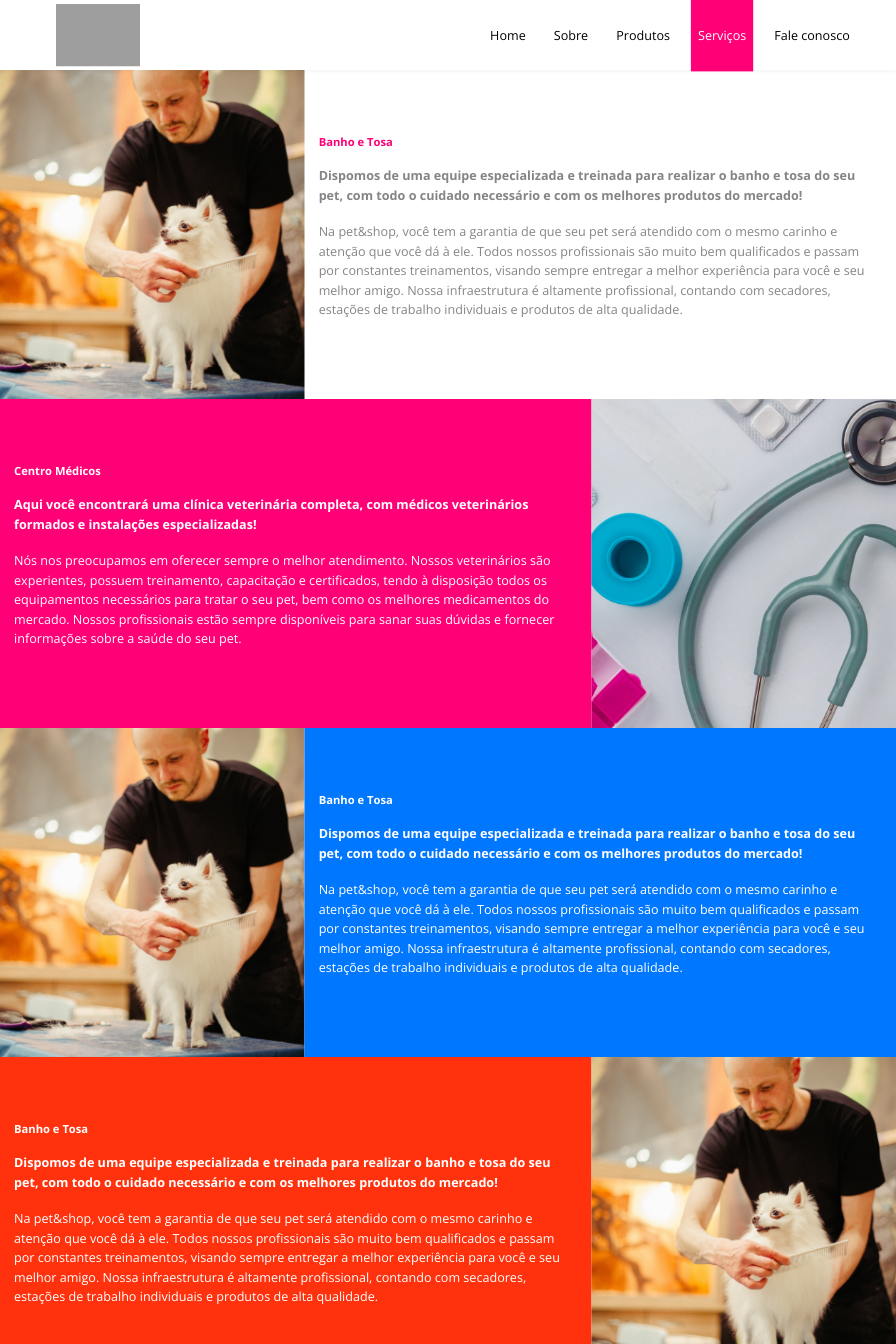
Repository: EzequielKaiber/pet-e-shop
Page: servicos.html
The author's editor kept a copy of each file at every save. The page is drawn from the files as they stood at one save, then again after the next save.
The browser window is 1280 px wide. The pictures show the part of the page from y = 0 to 1920 px (the page is 3884 px tall), at 70% of full size.
Pictures or frames that could not be fetched are drawn as grey boxes.

Above is the page before, as saved 2022-04-26 13:59:59.

### servicos.html
<!DOCTYPE html>
<html lang="en">
<head>
    <meta charset="UTF-8">
    <meta http-equiv="X-UA-Compatible" content="IE=edge">
    <meta name="viewport" content="width=device-width, initial-scale=1.0">
    <title>Produtos</title>
    <link rel="stylesheet" href="css/header.css">
    <link rel="stylesheet" href="css/style.css">
    <link rel="stylesheet" href="css/footer.css">
    <link href="https://fonts.googleapis.com/css2?family=Open+Sans:wght@400;700&display=swap" rel="stylesheet">
</head>
<body class="page-servios">
    <header>
        <div class="container">
            <div class="header-itens">
                <a href="./">
                    <div class="logo" style="background-image: url(img/logo-colored.svg);"></div>
                </a>
                <nav class="menu">
                    <ul>
                        <li>
                            <a href="./index.html">Home</a>
                        </li>
                        <li>
                            <a href="./sobre.html">Sobre</a>
                        </li>
                        <li>
                            <a href="./produtos.html">Produtos</a>
                        </li>
                        <li class="active">
                            <a href="./servicos.html">Serviços</a>
                        </li>
                        <li>
                            <a href="./fale-conosco.html">Fale conosco</a>
                        </li>
                    </ul>
                </nav>
            </div>
        </div>
    </header>
    <div class="servios-list">
        <div class="list-item">
            <div class="left">
                <div class="image" style="background-image: url(img/Serviços/bath-and-groom.jpg);"></div>
            </div>
            <div class="right">
                <h2>Banho e Tosa</h2>
                <p><b>Dispomos de uma equipe especializada e treinada para realizar o banho e tosa do seu pet,
                    com todo o cuidado necessário e com os melhores produtos do mercado!</b></p>
                <p>
                    Na pet&shop, você tem a garantia de que seu pet será atendido com o mesmo carinho e atenção
                    que você dá à ele. Todos nossos profissionais são muito bem qualificados e passam por
                    constantes treinamentos, visando sempre entregar a melhor experiência para você e seu melhor
                    amigo. Nossa infraestrutura é altamente profissional, contando com secadores, estações de
                    trabalho individuais e produtos de alta qualidade.
                </p>
            </div>
        </div>
        <div class="list-item">
            <div class="right rosa white">
                <h2>Centro Médicos</h2>
                <p><b>Aqui você encontrará uma clínica veterinária completa, com médicos veterinários formados e instalações especializadas!</b></p>
                <p>
                    Nós nos preocupamos em oferecer sempre o melhor atendimento. Nossos veterinários são experientes, possuem treinamento, capacitação e certificados, tendo à disposição todos os equipamentos necessários para tratar o seu pet, bem como os melhores medicamentos do mercado. Nossos profissionais estão sempre disponíveis para sanar suas dúvidas e fornecer informações sobre a saúde do seu pet.
                </p>
            </div>
            <div class="left">
                <div class="image" style="background-image: url(img/Serviços/medical-center.jpg);"></div>
            </div>
        </div>
        <div class="list-item">
            <div class="left">
                <div class="image" style="background-image: url(img/Serviços/bath-and-groom.jpg);"></div>
            </div>
            <div class="right azul white">
                <h2>Banho e Tosa</h2>
                <p><b>Dispomos de uma equipe especializada e treinada para realizar o banho e tosa do seu pet,
                    com todo o cuidado necessário e com os melhores produtos do mercado!</b></p>
                <p>
                    Na pet&shop, você tem a garantia de que seu pet será atendido com o mesmo carinho e atenção
                    que você dá à ele. Todos nossos profissionais são muito bem qualificados e passam por
                    constantes treinamentos, visando sempre entregar a melhor experiência para você e seu melhor
                    amigo. Nossa infraestrutura é altamente profissional, contando com secadores, estações de
                    trabalho individuais e produtos de alta qualidade.
                </p>
            </div>
        </div>
        <div class="list-item">
            <div class="right vermelho white">
                <h2>Banho e Tosa</h2>
                <p><b>Dispomos de uma equipe especializada e treinada para realizar o banho e tosa do seu pet,
                    com todo o cuidado necessário e com os melhores produtos do mercado!</b></p>
                <p>
                    Na pet&shop, você tem a garantia de que seu pet será atendido com o mesmo carinho e atenção
                    que você dá à ele. Todos nossos profissionais são muito bem qualificados e passam por
                    constantes treinamentos, visando sempre entregar a melhor experiência para você e seu melhor
                    amigo. Nossa infraestrutura é altamente profissional, contando com secadores, estações de
                    trabalho individuais e produtos de alta qualidade.
                </p>
            </div>
            <div class="left">
                <div class="image" style="background-image: url(img/Serviços/bath-and-groom.jpg);"></div>
            </div>
        </div>
        <div class="list-item">
            <div class="left">
                <div class="image" style="background-image: url(img/Serviços/bath-and-groom.jpg);"></div>
            </div>
            <div class="right roxo white">
                <h2>Banho e Tosa</h2>
                <p><b>Dispomos de uma equipe especializada e treinada para realizar o banho e tosa do seu pet,
                    com todo o cuidado necessário e com os melhores produtos do mercado!</b></p>
                <p>
                    Na pet&shop, você tem a garantia de que seu pet será atendido com o mesmo carinho e atenção
                    que você dá à ele. Todos nossos profissionais são muito bem qualificados e passam por
                    constantes treinamentos, visando sempre entregar a melhor experiência para você e seu melhor
                    amigo. Nossa infraestrutura é altamente profissional, contando com secadores, estações de
                    trabalho individuais e produtos de alta qualidade.
                </p>
            </div>
        </div>
        <div class="list-item">
            <div class="right verde white">
                <h2>Banho e Tosa</h2>
                <p><b>Dispomos de uma equipe especializada e treinada para realizar o banho e tosa do seu pet,
                    com todo o cuidado necessário e com os melhores produtos do mercado!</b></p>
                <p>
                    Na pet&shop, você tem a garantia de que seu pet será atendido com o mesmo carinho e atenção
                    que você dá à ele. Todos nossos profissionais são muito bem qualificados e passam por
                    constantes treinamentos, visando sempre entregar a melhor experiência para você e seu melhor
                    amigo. Nossa infraestrutura é altamente profissional, contando com secadores, estações de
                    trabalho individuais e produtos de alta qualidade.
                </p>
            </div>
            <div class="left">
                <div class="image" style="background-image: url(img/Serviços/bath-and-groom.jpg);"></div>
            </div>
        </div>
        <div class="list-item">
            <div class="left">
                <div class="image" style="background-image: url(img/Serviços/bath-and-groom.jpg);"></div>
            </div>
            <div class="right cinza white">
                <h2>Banho e Tosa</h2>
                <p><b>Dispomos de uma equipe especializada e treinada para realizar o banho e tosa do seu pet,
                    com todo o cuidado necessário e com os melhores produtos do mercado!</b></p>
                <p>
                    Na pet&shop, você tem a garantia de que seu pet será atendido com o mesmo carinho e atenção
                    que você dá à ele. Todos nossos profissionais são muito bem qualificados e passam por
                    constantes treinamentos, visando sempre entregar a melhor experiência para você e seu melhor
                    amigo. Nossa infraestrutura é altamente profissional, contando com secadores, estações de
                    trabalho individuais e produtos de alta qualidade.
                </p>
            </div>
        </div>
    </div>
    <footer>
        <div class="container">
            <div class="footer-itens">
                <div class="footer-item">
                    <h2>pet&shop</h2>
                    <ul>
                        <li class="title">Contato</li>
                        <li>Estrada sem nome, 1234, Sala 0 Bairro - Cidade / UF</li>
                        <li>12345-678</li>
                        <li><a href="tel:(00) 99999-9999">(00) 99999-9999</a></li>
                        <li><a href="mailto:contato@petshop.com.br">contato@petshop.com.br</a></li>
                    </ul>
                </div>
                <div class="footer-item dflex alg-center jcc f-col">
                    <h1>Horário de funcionamento:</h1>
                    <p>De Segunda a Sexta-feira das 9 às 19hs.</p>
                    <p>Aos Sábados das 9 às 18hs.</p>
                </div>
                <div class="footer-item social-items">
                    <h1>Siga-nos</h1>
                    <div class="social">
                        <a href="#">
                            <svg xmlns="http://www.w3.org/2000/svg" viewBox="0 0 320 512"><!--! Font Awesome Pro 6.1.1 by @fontawesome - https://fontawesome.com License - https://fontawesome.com/license (Commercial License) Copyright 2022 Fonticons, Inc. --><path d="M279.14 288l14.22-92.66h-88.91v-60.13c0-25.35 12.42-50.06 52.24-50.06h40.42V6.26S260.43 0 225.36 0c-73.22 0-121.08 44.38-121.08 124.72v70.62H22.89V288h81.39v224h100.17V288z"/></svg>
                        </a>
                        <a href="#">
                            <svg xmlns="http://www.w3.org/2000/svg" viewBox="0 0 448 512"><!--! Font Awesome Pro 6.1.1 by @fontawesome - https://fontawesome.com License - https://fontawesome.com/license (Commercial License) Copyright 2022 Fonticons, Inc. --><path d="M224.1 141c-63.6 0-114.9 51.3-114.9 114.9s51.3 114.9 114.9 114.9S339 319.5 339 255.9 287.7 141 224.1 141zm0 189.6c-41.1 0-74.7-33.5-74.7-74.7s33.5-74.7 74.7-74.7 74.7 33.5 74.7 74.7-33.6 74.7-74.7 74.7zm146.4-194.3c0 14.9-12 26.8-26.8 26.8-14.9 0-26.8-12-26.8-26.8s12-26.8 26.8-26.8 26.8 12 26.8 26.8zm76.1 27.2c-1.7-35.9-9.9-67.7-36.2-93.9-26.2-26.2-58-34.4-93.9-36.2-37-2.1-147.9-2.1-184.9 0-35.8 1.7-67.6 9.9-93.9 36.1s-34.4 58-36.2 93.9c-2.1 37-2.1 147.9 0 184.9 1.7 35.9 9.9 67.7 36.2 93.9s58 34.4 93.9 36.2c37 2.1 147.9 2.1 184.9 0 35.9-1.7 67.7-9.9 93.9-36.2 26.2-26.2 34.4-58 36.2-93.9 2.1-37 2.1-147.8 0-184.8zM398.8 388c-7.8 19.6-22.9 34.7-42.6 42.6-29.5 11.7-99.5 9-132.1 9s-102.7 2.6-132.1-9c-19.6-7.8-34.7-22.9-42.6-42.6-11.7-29.5-9-99.5-9-132.1s-2.6-102.7 9-132.1c7.8-19.6 22.9-34.7 42.6-42.6 29.5-11.7 99.5-9 132.1-9s102.7-2.6 132.1 9c19.6 7.8 34.7 22.9 42.6 42.6 11.7 29.5 9 99.5 9 132.1s2.7 102.7-9 132.1z"/></svg>
                        </a>
                        <a href="#">
                            <svg xmlns="http://www.w3.org/2000/svg" viewBox="0 0 448 512"><!--! Font Awesome Pro 6.1.1 by @fontawesome - https://fontawesome.com License - https://fontawesome.com/license (Commercial License) Copyright 2022 Fonticons, Inc. --><path d="M448,209.91a210.06,210.06,0,0,1-122.77-39.25V349.38A162.55,162.55,0,1,1,185,188.31V278.2a74.62,74.62,0,1,0,52.23,71.18V0l88,0a121.18,121.18,0,0,0,1.86,22.17h0A122.18,122.18,0,0,0,381,102.39a121.43,121.43,0,0,0,67,20.14Z"/></svg>
                        </a>
                        <a href="#">
                            <svg xmlns="http://www.w3.org/2000/svg" viewBox="0 0 512 512"><!--! Font Awesome Pro 6.1.1 by @fontawesome - https://fontawesome.com License - https://fontawesome.com/license (Commercial License) Copyright 2022 Fonticons, Inc. --><path d="M459.37 151.716c.325 4.548.325 9.097.325 13.645 0 138.72-105.583 298.558-298.558 298.558-59.452 0-114.68-17.219-161.137-47.106 8.447.974 16.568 1.299 25.34 1.299 49.055 0 94.213-16.568 130.274-44.832-46.132-.975-84.792-31.188-98.112-72.772 6.498.974 12.995 1.624 19.818 1.624 9.421 0 18.843-1.3 27.614-3.573-48.081-9.747-84.143-51.98-84.143-102.985v-1.299c13.969 7.797 30.214 12.67 47.431 13.319-28.264-18.843-46.781-51.005-46.781-87.391 0-19.492 5.197-37.36 14.294-52.954 51.655 63.675 129.3 105.258 216.365 109.807-1.624-7.797-2.599-15.918-2.599-24.04 0-57.828 46.782-104.934 104.934-104.934 30.213 0 57.502 12.67 76.67 33.137 23.715-4.548 46.456-13.32 66.599-25.34-7.798 24.366-24.366 44.833-46.132 57.827 21.117-2.273 41.584-8.122 60.426-16.243-14.292 20.791-32.161 39.308-52.628 54.253z"/></svg>
                        </a>
                        <a href="#">
                            <svg xmlns="http://www.w3.org/2000/svg" viewBox="0 0 576 512"><!--! Font Awesome Pro 6.1.1 by @fontawesome - https://fontawesome.com License - https://fontawesome.com/license (Commercial License) Copyright 2022 Fonticons, Inc. --><path d="M549.655 124.083c-6.281-23.65-24.787-42.276-48.284-48.597C458.781 64 288 64 288 64S117.22 64 74.629 75.486c-23.497 6.322-42.003 24.947-48.284 48.597-11.412 42.867-11.412 132.305-11.412 132.305s0 89.438 11.412 132.305c6.281 23.65 24.787 41.5 48.284 47.821C117.22 448 288 448 288 448s170.78 0 213.371-11.486c23.497-6.321 42.003-24.171 48.284-47.821 11.412-42.867 11.412-132.305 11.412-132.305s0-89.438-11.412-132.305zm-317.51 213.508V175.185l142.739 81.205-142.739 81.201z"/></svg>
                        </a>
                    </div>
                </div>
            </div>
            <div class="copy">
                <p>© 2022 pet&shop | Todos os direitos reservados. Desenvolvido por <a target="_blank" href="https://www.univates.br/crieti">Crie_TI</a></p>
            </div>
        </div>
    </footer>
</body>
</html>

### css/header.css
* {
    padding: 0;
    margin: 0;
    box-sizing: border-box;
}
header {
    width: 100%;
    height: 100px;
    background-color: #fff;
    box-shadow: 0 3px 6px 0 rgb(0 0 0 / 5%);
    position: fixed;
    top: 0;
    z-index: 999999;
}
header .header-itens {
    display: flex;
    flex-direction: row;
    justify-content: space-between;
    width: 100%;
    height: 100px;
    align-items: center;
}
header .header-itens .logo {
    width: 200px;
    height: 90px;
    background-position: center;
    background-repeat: no-repeat;
    background-size: contain;
}
header .header-itens .menu {
    display: flex;
    flex-direction: row;
}
header .header-itens .menu ul {
    list-style: none;
    display: flex;
    flex-direction: row;
    margin-right: 16px;
}
header .header-itens .menu ul li {
    height: 100%;
    padding: 38px 10px;
    margin-left: 20px;
}
header .header-itens .menu ul li a {
    font-size: 18px;
    line-height: 28px;
    color: #000;
    text-decoration: none;
    transition: ease-in-out 0.32s;
}
header .header-itens .menu ul li a:hover {
    transition: ease-in-out 0.32s;
    color: #f07;
}
header .header-itens .menu ul li.active {
    background-color: #f07;
}
header .header-itens .menu ul li.active a {
    color: #fff;
}

### css/footer.css
footer {
    background-color: #FF0077;
    padding: 80px 0;
}
footer .footer-itens {
    display: flex;
    flex-direction: row;
    justify-content: space-between;
}
footer .footer-itens .footer-item {
    width: calc(33% - 15px);
    height: fit-content;
}
footer .footer-itens .footer-item h2 {
    font-size: 32px;
    line-height: 42px;
    color: #fff;
    margin-bottom: 50px;
}
footer .footer-itens .footer-item ul {
    list-style: none;
    display: flex;
    flex-direction: column;
}
footer .footer-itens .footer-item ul li.title {
    font-size: 18px;
    line-height: 28px;
    color: #fff;
    font-weight: bold;
    margin-bottom: 30px;
}
footer .footer-itens .footer-item ul li {
    font-size: 16px;
    line-height: 26px;
    color: #fff;
}
footer .footer-itens .footer-item ul li a {
    font-size: 16px;
    line-height: 26px;
    color: #fff;
    font-weight: bold;
    text-decoration: none;
}
footer .footer-itens .footer-item h1 {
    font-size: 18px;
    line-height: 28px;
    color: #fff;
    font-weight: bold;
    margin-bottom: 30px;
}
footer .footer-itens .footer-item.social-items {
    align-items: flex-end;
    justify-content: flex-end;
    display: flex;
    flex-direction: column;
}
footer .footer-itens .footer-item p {
    font-size: 16px;
    line-height: 26px;
    color: #fff;
}
footer .footer-itens .footer-item .social {
    display: flex;
    flex-direction: row;
    align-items: flex-end;
}
footer .footer-itens .footer-item .social a {
    display: block;
    height: 30px;
    width: 30px;
    margin-right: 16px;
}
footer .footer-itens .footer-item .social a svg {
    height: 30px;
    width: 30px;
    fill: #fff;
    transition: ease-in-out 0.32s;
    transform: scale(1) rotate(0deg);
}
footer .footer-itens .footer-item .social a:hover svg {
    transform: scale(1.1) rotate(10deg);
    transition: ease-in-out 0.32s;
}
footer .copy {
    display: flex;
    margin-top: 30px;
    flex-direction: row;
    align-items: center;
    justify-content: center;
}
footer .copy p {
    font-size: 14px;
    line-height: 24px;
    color: #fff;
}
footer .copy p a {
    font-size: 14px;
    line-height: 24px;
    color: #fff;
    font-weight: bold;
    text-decoration: none;
}

Loaded but not shown: css/style.css (481 lines, source omitted)

After the next save:
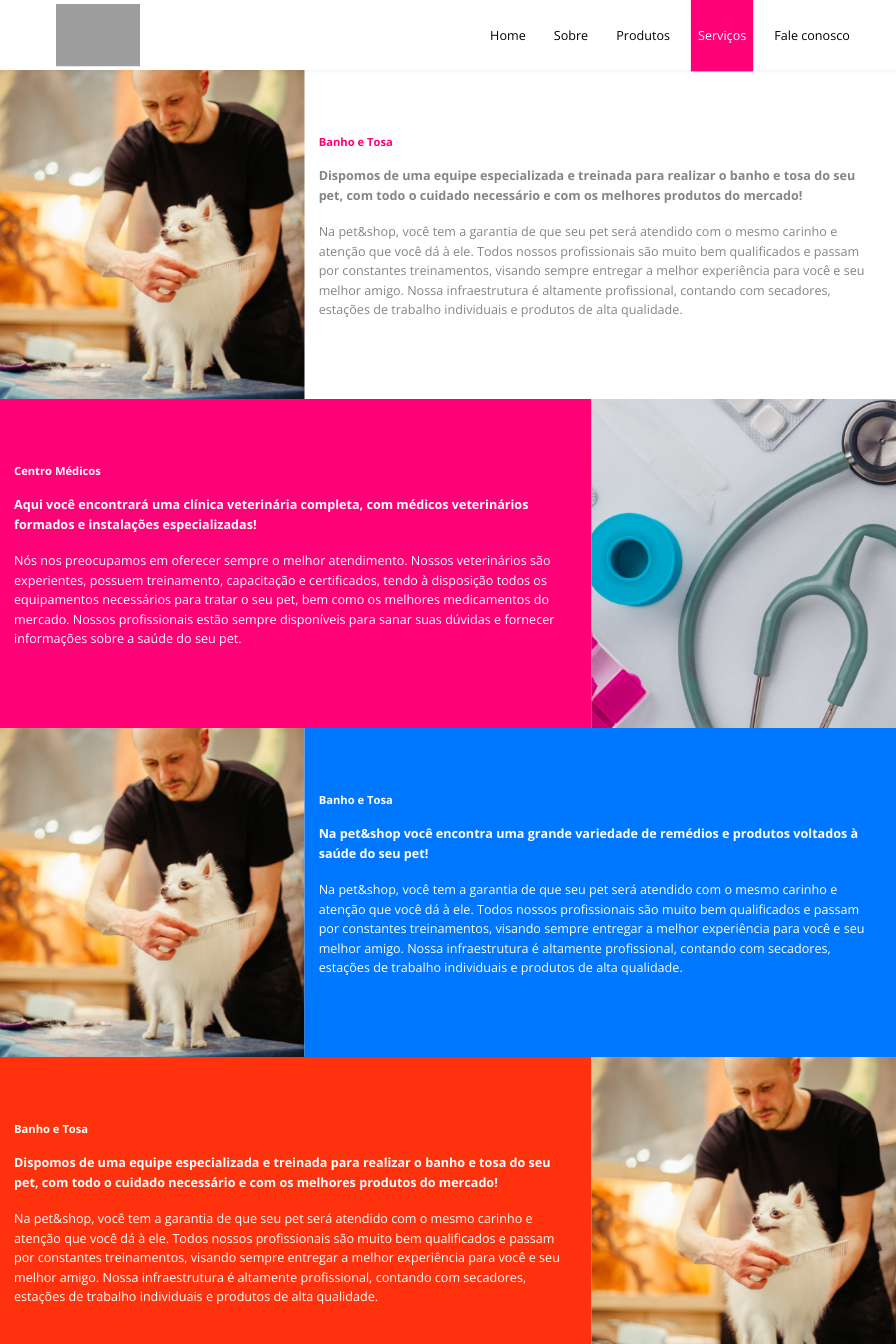
Saved 38 s later.
--- a/servicos.html
+++ b/servicos.html
@@ -75,8 +75,7 @@
             </div>
             <div class="right azul white">
                 <h2>Banho e Tosa</h2>
-                <p><b>Dispomos de uma equipe especializada e treinada para realizar o banho e tosa do seu pet,
-                    com todo o cuidado necessário e com os melhores produtos do mercado!</b></p>
+                <p><b>Na pet&shop você encontra uma grande variedade de remédios e produtos voltados à saúde do seu pet!</b></p>
                 <p>
                     Na pet&shop, você tem a garantia de que seu pet será atendido com o mesmo carinho e atenção
                     que você dá à ele. Todos nossos profissionais são muito bem qualificados e passam por
